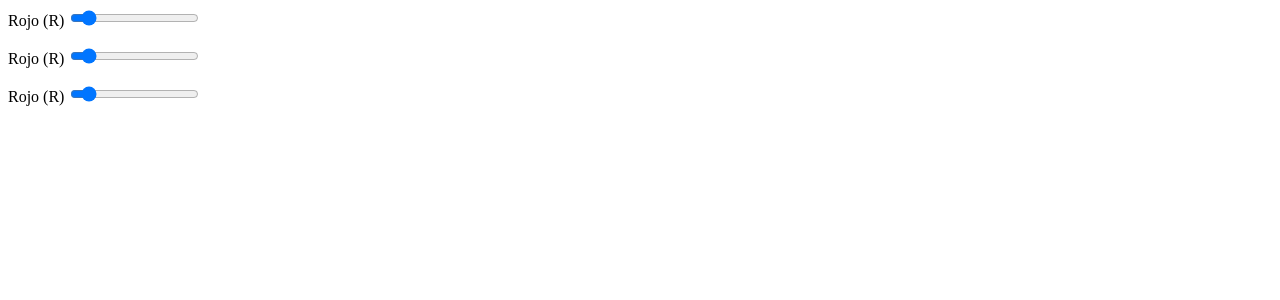
Repository: JoyMoGas/javascript-learn
Page: colores-regb-input/index.html
An editor plug-in stored every save of this project. The page is shown before and after the next save, followed by the edit.
The browser window is 1280 px wide. The pictures show the whole page.

Above is the page before, as saved 2024-05-09 16:09:51.

### colores-regb-input/index.html
<!DOCTYPE html>
<html lang="es">
<head>
    <meta charset="UTF-8">
    <meta name="viewport" content="width=device-width, initial-scale=1.0">
    <link rel="stylesheet" href="styles.css">
    <title>Colores RGB</title>
</head>
<body>
    <div class="contenedor-principal">
        <div class="contenedor-interno">
            <div class="color">
                <label for="rojo">Rojo (R)</label>
                <input id="rojo" type="range" min="0" max="255" value="23" step="1">
                <p id="texto-rojo"></p>
            </div>
            <div class="color">
                <label for="rojo">Rojo (R)</label>
                <input id="rojo" type="range" min="0" max="255" value="23" step="1">
                <p id="texto-rojo"></p>
            </div>
            <div class="color">
                <label for="rojo">Rojo (R)</label>
                <input id="rojo" type="range" min="0" max="255" value="23" step="1">
                <p id="texto-rojo"></p>
            </div>
        </div>
    </div>
    <script src="app.js"></script>
</body>
</html>

Loaded but not shown: colores-regb-input/styles.css (no stored copy; drawn as an empty file); colores-regb-input/app.js (no stored copy; drawn as an empty file)

After the next save:
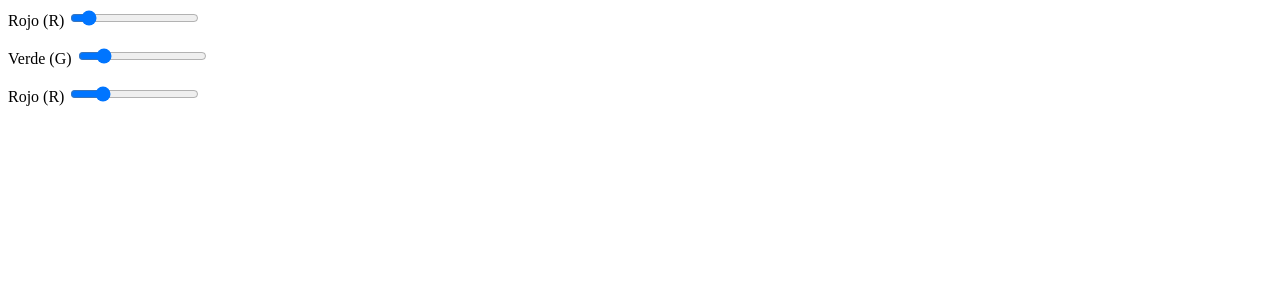
Saved 78 s later.
--- a/colores-regb-input/index.html
+++ b/colores-regb-input/index.html
@@ -15,14 +15,14 @@
                 <p id="texto-rojo"></p>
             </div>
             <div class="color">
-                <label for="rojo">Rojo (R)</label>
-                <input id="rojo" type="range" min="0" max="255" value="23" step="1">
-                <p id="texto-rojo"></p>
+                <label for="verde">Verde (G)</label>
+                <input id="verde" type="range" min="0" max="255" value="41" step="1">
+                <p id="texto-verde"></p>
             </div>
             <div class="color">
-                <label for="rojo">Rojo (R)</label>
-                <input id="rojo" type="range" min="0" max="255" value="23" step="1">
-                <p id="texto-rojo"></p>
+                <label for="azul">Rojo (R)</label>
+                <input id="azul" type="range" min="0" max="255" value="56" step="1">
+                <p id="texto-azul"></p>
             </div>
         </div>
     </div>
